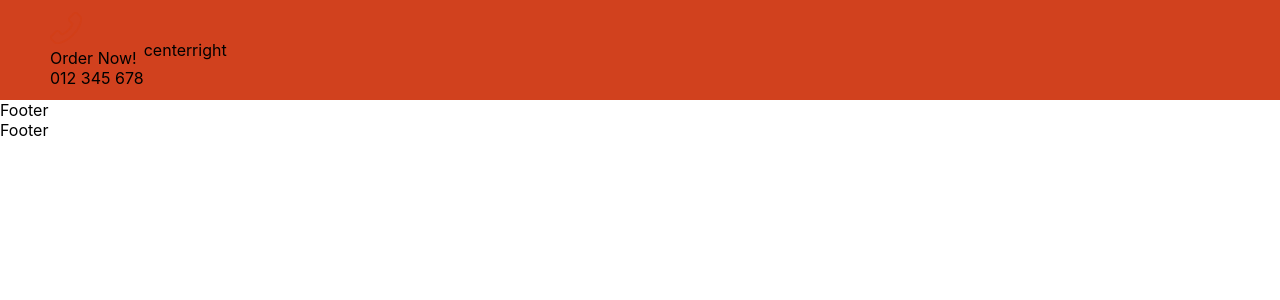
Repository: exiled-kal/RestuarantNextJS
Page: /components/Layout
These files come from the project's save history. The page is drawn as it stood at one moment and after a run of saves; the edit follows.
The browser window is 1280 px wide. The pictures show the whole page.
The project was rebuilt for these pictures with package versions that can differ from the ones it lists, and the page was loaded fresh each time. The framework's server and built-in components were replaced by stand-ins that run in the browser. Also part of the build but not shown: next.config.js.

Above is the page before, as saved 2021-12-13 21:21:41.

### pages/components/Footer.jsx
const Footer = () => {
    return (
        <div>
            Footer
        </div>
    )
}

export default Footer

### pages/components/Navbar.jsx
const Navbar = () => {
    return (
        <div>

        </div>
    )
}

export default Navbar

### components/Footer.jsx
const Footer = () => {
    return (
        <div>
            Footer
        </div>
    )
}

export default Footer

### components/Navbar.jsx
import Image from "next/image";
import styles from "../styles/Navbar.module.css";

const Navbar = () => {
  return (
    <div className={styles.container}>
      <div className={styles.item}>
        <div className={styles.callButton}>
          <Image src="/img/telephone.png" alt="" width="32" height="32" />
        </div>
        <div className={styles.texts}>
          <div className={styles.text}>Order Now!</div>
          <div className={styles.text}>012 345 678</div>
        </div>
      </div>

      <div className={styles.item}>center</div>
      <div className={styles.item}>right</div>
    </div>
  );
};

export default Navbar;

### styles/Navbar.module.css
.container {
  height: 100px;
  padding: 0px 50px;
  background-color: #d1411e;
  display: flex;
  align-items: center;
  justify-content: ;
}

Loaded but not shown: pages/_app.js (common file); pages/components/Layout.js (common file); components/Layout.js (common file); styles/globals.css (common file)

After the next 2 saves:
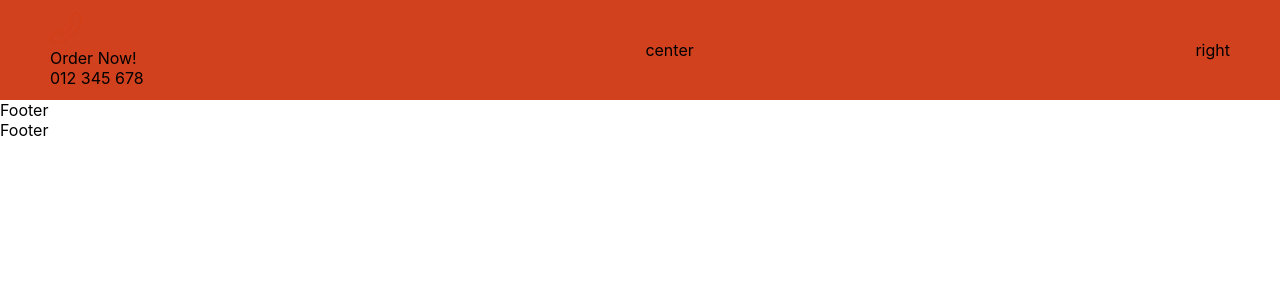
The 2 saves are shown as one change because they came seconds apart.
The last was saved 6 s later.
--- a/styles/Navbar.module.css
+++ b/styles/Navbar.module.css
@@ -4,5 +4,5 @@
   background-color: #d1411e;
   display: flex;
   align-items: center;
-  justify-content: ;
+  justify-content: space-between;
 }
